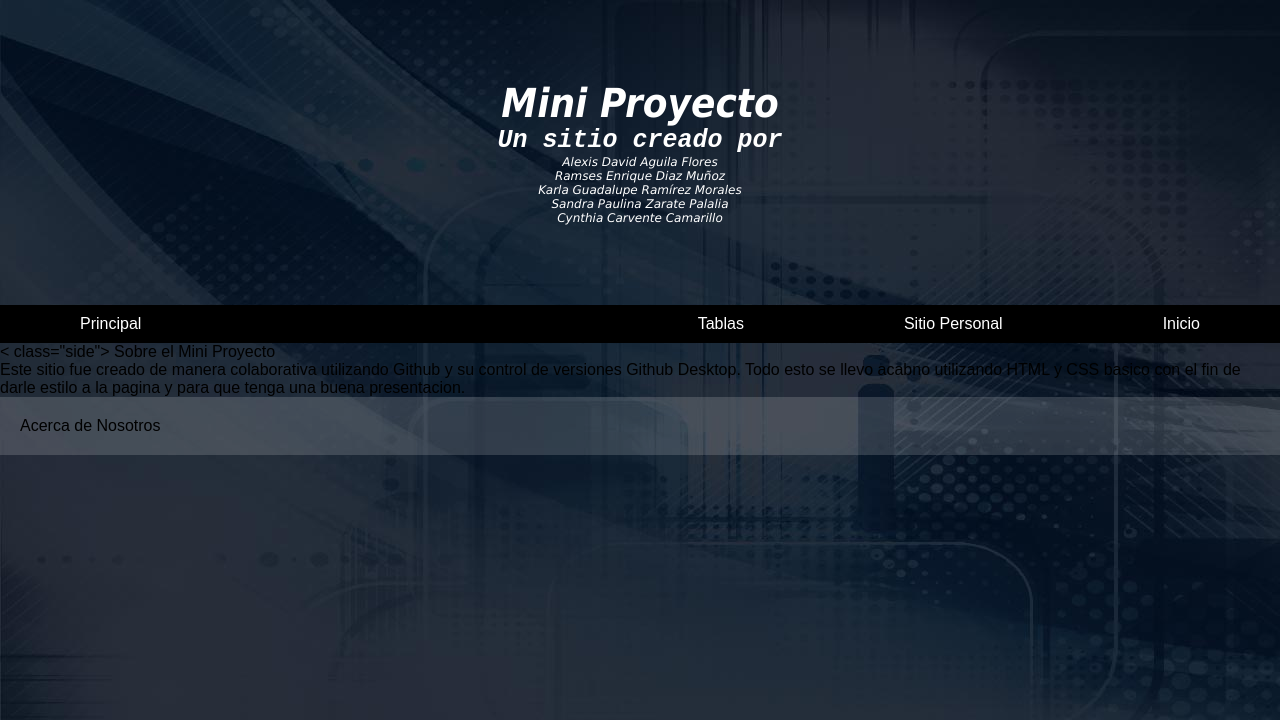
Repository: Dogueen/miniProyectoUniversidad
Page: miniProyecto/principal.html
The author's editor kept a copy of each file at every save. The page is drawn from the files as they stood at one save, then again after the next save.
The browser window is 1280 px wide. The pictures show the whole page.

Above is the page before, as saved 2023-10-31 19:00:55.

### miniProyecto/principal.html
<!DOCTYPE html>
<html lang="es">

<head>
    <title>Ejemplo de un Website</title>
    <meta charset="UTF-8">
    <meta name="viewport" content="width=device-width, initial-scale=1">
    <link rel="stylesheet" type="text/css" href="styles/principal.css" />

    <style>
    </style>
</head>

<body>

    <div class="header">
        <h1>Mini Proyecto</h1>
        <h2> Un sitio creado por</h2>
        <dl>
            <dt>Alexis David Aguila Flores</dt>
            <dt>Ramses Enrique Diaz Muñoz</dt>
            <dt>Karla Guadalupe Ramírez Morales</dt>
            <dt>Sandra Paulina Zarate Palalia</dt>
            <dt>Cynthia Carvente Camarillo</dt>
        </dl>
    </div>

    <div class="navbar">
        <a href="pages/inicio.html">Inicio</a>
        <a href="pages/personal.html">Sitio Personal</a>
        <a href="pages/tablas.html">Tablas</a>
        <a href="principal.html" class="left">Principal</a>
    </div>

    <div class="row">
        < class="side">
            <caption>Sobre el Mini Proyecto</caption>
            <p>Este sitio fue creado de manera colaborativa utilizando Github y su control de
                versiones Github Desktop. Todo esto se llevo acabno utilizando HTML y CSS
                basico con el fin de darle estilo a la pagina y para que tenga una buena presentacion.
                 </p>
        </div>
        <div class="main"><caption>Acerca de Nosotros</caption></div>
    </div>

</body>

</html>

### miniProyecto/styles/principal.css
* {
    box-sizing: border-box;
    margin: 0;
    padding: 0;
}

body {
    background-image: url("../images/bg-img.jpg");
    margin: 0;
    font-family: Arial, sans-serif;
}

.header {
    padding: 80px;
    text-align: center;
    color: white;
}

.header h1 {
    font-size: 40px;
    font-style: italic;
    font-family: Tahoma;
}

.header h2 {
    font-size: 25px;
    font-style: italic;
    font-family: monospace;
}

.header dl {
    font-size: 12px;
    font-style: italic;
    font-family: Verdana, Geneva, Tahoma, sans-serif;
}

.navbar {
    overflow: hidden;
    background-color: #000000;
}

.navbar a {
    float: right;
    display: block;
    color: white;
    text-align: center;
    padding: 10px 80px;
    text-decoration: none;
}

.navbar a:hover {
    background-color: #ddd;
    color: black;
}

.navbar a.left {
    float: left;
}


.row {
    display: flex;
    flex-wrap: wrap;
}

.side {
    flex: 30%;
    background-color: #f1f1f12a;
    padding: 20px;
}

.main {
    flex: 70%;
    background-color: #f1f1f12a;
    padding: 20px;
}

@media screen and (max-width: 700px) {
    .row {
        flex-direction: column;
    }
}

@media screen and (max-width: 400px) {
    .navbar a {
        float: none;
        width: 100%;
    }
}

After the next save:
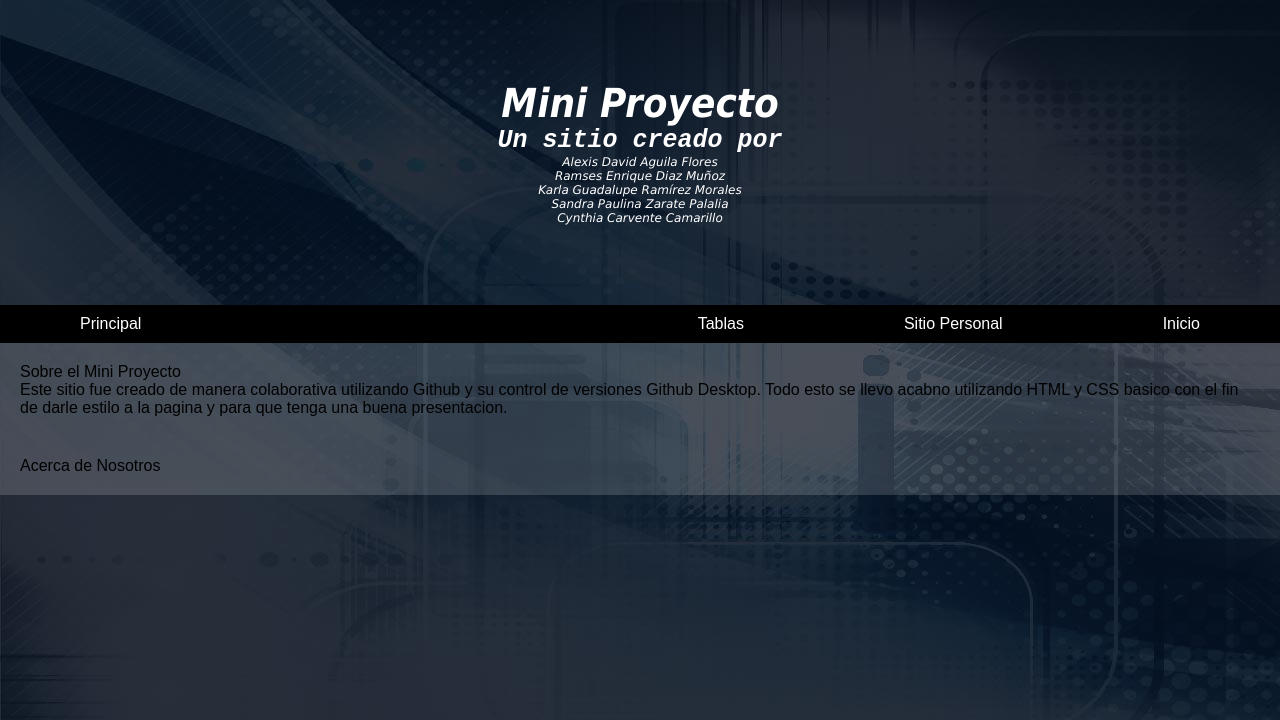
Saved 33 s later.
--- a/miniProyecto/principal.html
+++ b/miniProyecto/principal.html
@@ -33,7 +33,7 @@
     </div>
 
     <div class="row">
-        < class="side">
+        <d class="side">
             <caption>Sobre el Mini Proyecto</caption>
             <p>Este sitio fue creado de manera colaborativa utilizando Github y su control de
                 versiones Github Desktop. Todo esto se llevo acabno utilizando HTML y CSS
